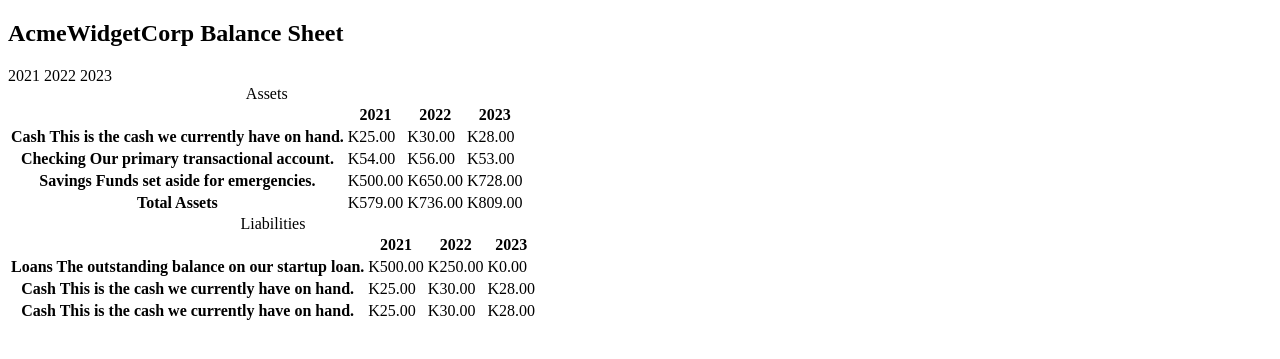
Repository: Lungdjos/balance_shee
Page: index.html
These files come from the project's save history. The page is drawn as it stood at one moment and after the next save; the edit follows.
The browser window is 1280 px wide. The pictures show the whole page.

Above is the page before, as saved 2023-10-31 16:50:53.

After the next save:
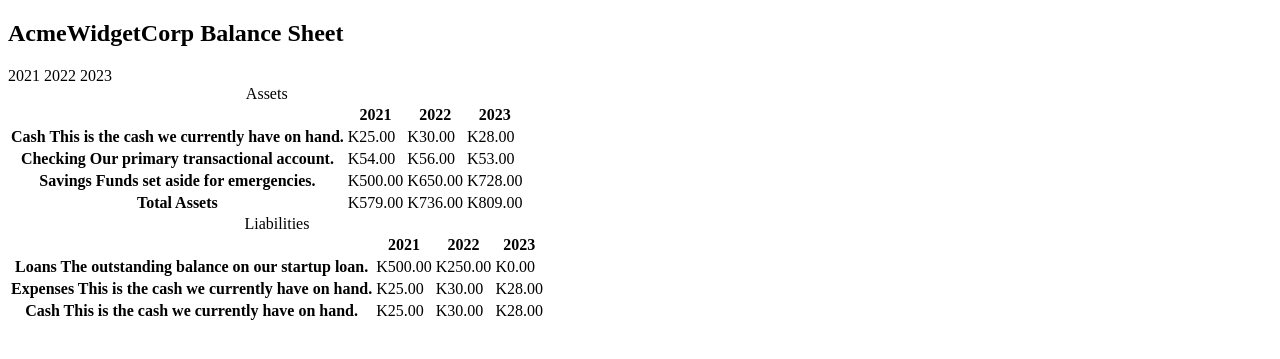
Saved 2 min 48 s later.
--- a/index.html
+++ b/index.html
@@ -90,7 +90,7 @@
                         </tr>
                         <tr class="data">
                             <th>
-                                Cash <span class="description">This is the cash we currently have on hand.</span>
+                                Expenses <span class="description">This is the cash we currently have on hand.</span>
                             </th>
                             <td>K25.00</td>
                             <td>K30.00</td>
